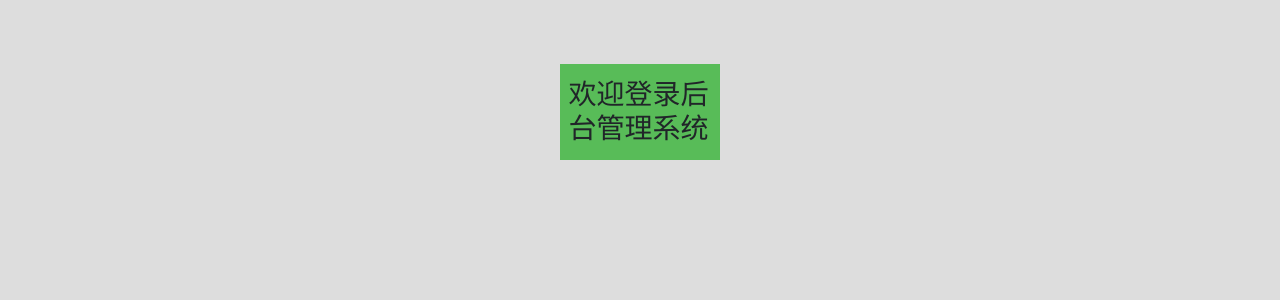
Repository: gzh51904/baiyangApp
Page: / (app in houtai/Vue-admin/)
The author's editor kept a copy of each file at every save. The page is drawn from the files as they stood at one save, then again after the next save.
The browser window is 1280 px wide. The pictures show the whole page.
The project was rebuilt for these pictures with package versions that can differ from the ones it lists, and the page was loaded fresh each time. Also part of the build but not shown: houtai/Vue-admin/vue.config.js.

Above is the page before, as saved 2019-05-10 21:23:26.

After the next save:
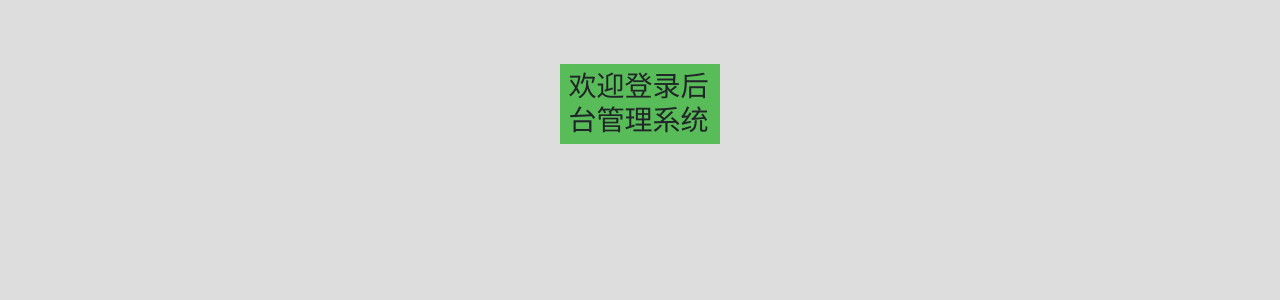
Saved 8 s later.
--- a/houtai/Vue-admin/src/pages/login.vue
+++ b/houtai/Vue-admin/src/pages/login.vue
@@ -17,7 +17,7 @@ export default {
     background-color:#58bc58;
     padding:.266667rem .533333rem;
     h3{
-        margin: 10px auto;
+        margin: .133333rem auto;
     }
 }
 </style>
